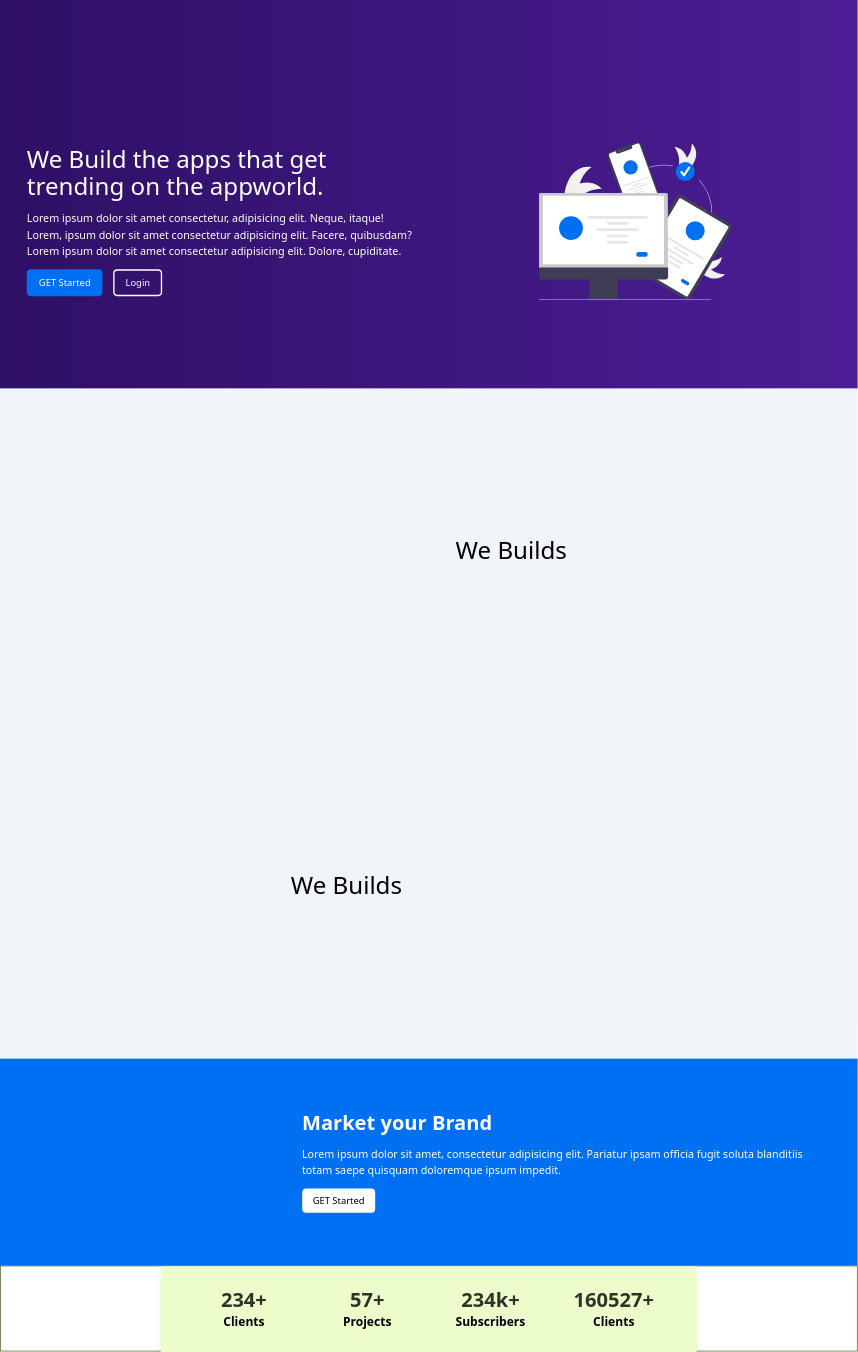
Repository: Kish202/Coz-Marketing-Site
Page: / (app in frontend/)
The author's editor kept a copy of each file at every save. The page is drawn from the files as they stood at one save, then again after the next save.
The browser window is 1280 px wide. The pictures show the whole page, at 67% of full size.
Pictures or frames that could not be fetched are drawn as grey boxes. The project was rebuilt for these pictures with package versions that can differ from the ones it lists, and the page was loaded fresh each time. Also part of the build but not shown: frontend/vite.config.js.

Above is the page before, as saved 2025-03-18 12:43:58.

### frontend/src/App.jsx
import { useState } from 'react'
import reactLogo from './assets/react.svg'
import viteLogo from '/vite.svg'
import './App.css'
import Service from './components/Service/Service'
import Hero from './components/Hero/Hero'
import BannerDetails from './components/BannerDetails.jsx/BannerDetails'
import Banner from './components/Banner/Banner'
import Banner1 from "./assets/blog1.jpg";
import Banner2 from "./assets/blog3.jpg";



function App() {
  const [count, setCount] = useState(0)

  return (
<>

<Hero/>
<Banner reverse={true} img={Banner1}/>
<Banner img={Banner2}/>
<BannerDetails/>
   <Service/>

   </>
  )
}

export default App

### frontend/src/components/Service/Service.jsx
import React from 'react'
import CountUp from "react-countup"

const Service =() =>{
  return (
    <section className="container h-12 md:h-32 border border-lime-900">
     <div className="grid grid-cols-4 w-full place-self-center   bg-lime-100 p-2 shadow-lg dark:bg-violet-800 dark:text-white/70 md:max-w-[800px]  md:p-8">
    <div className="flex flex-col items-center justify-center " >



<h1 className="text-sm font-bold text-black/80 dark:text-white sm:text-lg md:text-3xl">
      <CountUp end={234} suffix="+" duration={2.75}/>

</h1>

<h1 className="sm:text-md text-xs font-bold md:text-lg">
Clients
</h1>




        </div>

        <div className="flex flex-col items-center justify-center">
  <h1 className="text-sm text-black/80 sm:text-lg md:text-3xl dark:text-white font-bold">
  <CountUp end={57} suffix="+" duratiion={2.75}/>  </h1>

    <h1 className="sm:text-md font-bold text-xs md:text-lg">
        Projects

        </h1>
            </div>

    <div className="flex flex-col items-center justify-center" >



        <h1 className="text-sm text-black/80 dark:text-white  sm:text-lg md:text-3xl font-bold">
<CountUp end={234}  suffix="k+" / >
        </h1>
<h1 className="font-bold  sm:text-md text-xs md:text-lg" >
Subscribers
</h1>


            </div>


<div className="flex flex-col items-center justify-center">
<h1 className="text-sm font-bold text-black/80 dark:text-white sm:text-lg md:text-3xl">
<CountUp start={-875.020}
end={160527.012} duration={2.75} separator="" suffix="+" />
</h1>


<h1 className="text-xs sm:text-md  font-bold md:text-lg ">
Clients
</h1>
</div>
</div>
    </section>
  )
}

export default Service

### frontend/src/components/Hero/Hero.jsx
import React from 'react'
import Banner from "../../assets/thebanner.svg"
function Hero() {
  return (
           <main className="bg-gradient-to-r  from-violet-950 to-violet-900 pt-20 dark:bg-violet-950">

<section className="container flex h-[650px] flex-col  items-center justify-center md:h-[500px] ">
<div className="grid grid-cols-1 items-center gap-8 dark:text-white md:grid-cols-2">



<div className="flex flex-col items-center gap-4 text-center text-white md:items-start md:text-left">

<h1 className="text-4xl">
    We Build the apps that get trending on the appworld.

</h1>

<p className=" *:">

Lorem ipsum dolor sit amet consectetur, adipisicing elit. Neque, itaque!
Lorem, ipsum dolor sit amet consectetur adipisicing elit. Facere, quibusdam?
Lorem ipsum dolor sit amet consectetur adipisicing elit. Dolore, cupiditate.

</p>


<div className="space-x-4">

       <button className="rounded-md border-2 border-primary bg-primary px-4 py-2 text-sm text-white transition-colors duration-300 hover:bg-primary/80">
   GET Started
    </button>

       <button className="rounded-md border-2 border-white px-4 py-2 text-sm text-white transition-colors duration-300" >

Login

    </button>
</div>

</div>

<div className="mx-auto max-w-xs p-4">

    <img src={Banner} alt="No image" className="hover:drop-shadow-md"/>


</div>


</div>
</section>



        </main>


  )
}

export default Hero

### frontend/src/components/BannerDetails.jsx/BannerDetails.jsx
import React from 'react'



function BannerDetails() {
  return (
    <main className="bg-primary">

        <section className="container py-8 md:py-12">


            <div className="grid grid-cols-1 items-center gap-4 sm:text-ellipsis md:grid-cols-3 md:gap-8">
<div className="order-2 flex flex-col items-center gap-4 text-center text-white md:col-span-2 md:items-start md:text-left">
<h1 className="text-3xl font-bold">
    Market your Brand

</h1>
<p className="">
Lorem ipsum dolor sit amet, consectetur adipisicing elit. Pariatur
 ipsam officia fugit soluta blanditiis totam saepe quisquam doloremque
 ipsum impedit.
</p>
<button className="rounded-md bg-white px-4 py-2 text-sm text-black transition-colors duration-300 hover:bg-white/60 ">
GET Started
</button>
</div>
<div  className="order-1">
<iframe
className="aspect-video w-full"
src="https://www.youtube.com/watch?v=esaioTgia4Q&list=PPSV"
title="Youtube Video Player" frameborder="0" allow="accelerometer; autoplay; clipboard-write; encrypted-media; gyroscope; picture-in-picture; web-share allowfullscreen"></iframe>


</div>

            </div>



        </section>

    </main>
  )
}

export default BannerDetails

### frontend/src/components/Banner/Banner.jsx
import React from 'react'
import Bannerimg from "../../assets/blog2.jpg";


function Banner({reverse, img}) {
  return (
    <section>
     <main   className="bg-slate-100 dark:bg-slate-900 dark:text-white">
     <section className="container flex flex-col items-center justify-center py-10 md:h-[500px]">


      <div className="grid grid-cols-1 items-center gap-4 md:grid-cols-2">

 <div
 className={`flex flex-col items-start gap-4 text-left md:p-8 ${reverse ? "md:order-last": ""}`}>
 <h1 className="text-2xl md:text-4xl">
     We Builds

      </h1>


      <p>

        </p>
    </div>

   <div>

    </div>

        </div>

        </section>
        </main>
    </section>
  )
}

export default Banner

### frontend/tailwind.config.js
/** @type {import('tailwindcss').Config} */
export default {
  content: ["./index.html", "./src/**/*.{js,ts,jsx,tsx}"],
  darkMode: "class",
  theme: {
    extend: {
      screens: {
        xs: "480px",
      },
      colors: {
        primary: "#0070f3",
      },
    },

    container: {
      center: true,
      padding: {
        DEFAULT: "20px",
        md: "40px",
      },
    },
  },
  plugins: [],
};

Loaded but not shown: frontend/index.html (common file); frontend/src/main.jsx (common file); frontend/src/index.css (common file); frontend/src/App.css (common file)

After the next save:
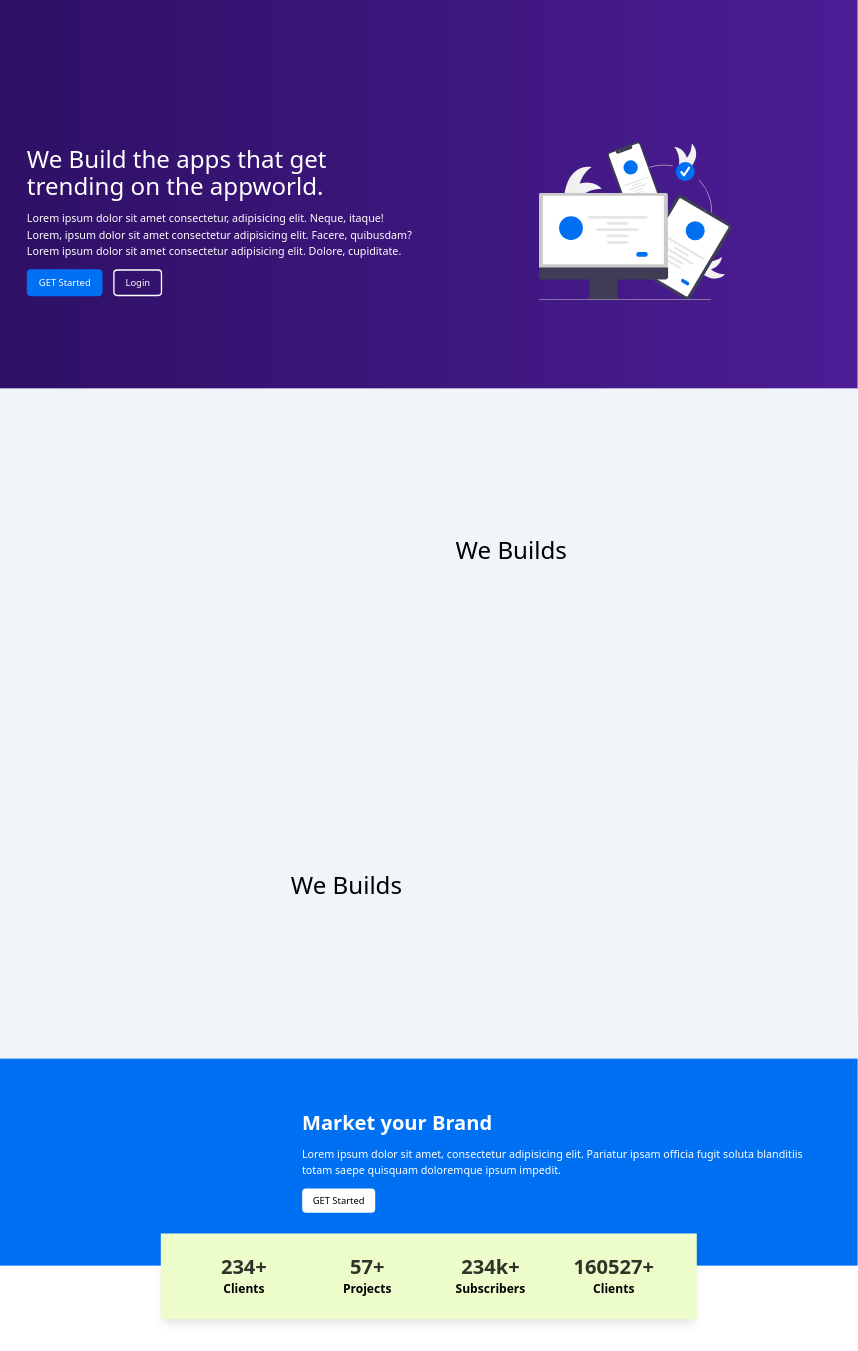
Saved 37 min 59 s later.
--- a/frontend/src/components/Service/Service.jsx
+++ b/frontend/src/components/Service/Service.jsx
@@ -3,8 +3,8 @@ import CountUp from "react-countup"
 
 const Service =() =>{
   return (
-    <section className="container h-12 md:h-32 border border-lime-900">
-     <div className="grid grid-cols-4 w-full place-self-center   bg-lime-100 p-2 shadow-lg dark:bg-violet-800 dark:text-white/70 md:max-w-[800px]  md:p-8">
+    <section className="container h-12 md:h-32 ">
+     <div className="grid grid-cols-4 w-full mx-auto -translate-y-12 divde-x divide-slate-700 place-self-center   bg-lime-100 p-4 shadow-lg dark:bg-violet-800 dark:text-white/70 md:max-w-[800px]  md:p-8">
     <div className="flex flex-col items-center justify-center " >
 
 
@@ -14,7 +14,7 @@ const Service =() =>{
 
 </h1>
 
-<h1 className="sm:text-md text-xs font-bold md:text-lg">
+<h1 className="sm:text-md  font-bold md:text-lg">
 Clients
 </h1>
 
@@ -27,7 +27,7 @@ Clients
   <h1 className="text-sm text-black/80 sm:text-lg md:text-3xl dark:text-white font-bold">
   <CountUp end={57} suffix="+" duratiion={2.75}/>  </h1>
 
-    <h1 className="sm:text-md font-bold text-xs md:text-lg">
+    <h1 className="sm:text-md font-bold  md:text-lg">
         Projects
 
         </h1>
@@ -37,7 +37,7 @@ Clients
 
 
 
-        <h1 className="text-sm text-black/80 dark:text-white  sm:text-lg md:text-3xl font-bold">
+        <h1 className=" text-black/80 dark:text-white  sm:text-lg md:text-3xl font-bold">
 <CountUp end={234}  suffix="k+" / >
         </h1>
 <h1 className="font-bold  sm:text-md text-xs md:text-lg" >
@@ -55,7 +55,7 @@ end={160527.012} duration={2.75} separator="" suffix="+" />
 </h1>
 
 
-<h1 className="text-xs sm:text-md  font-bold md:text-lg ">
+<h1 className=" sm:text-md  font-bold md:text-lg ">
 Clients
 </h1>
 </div>
